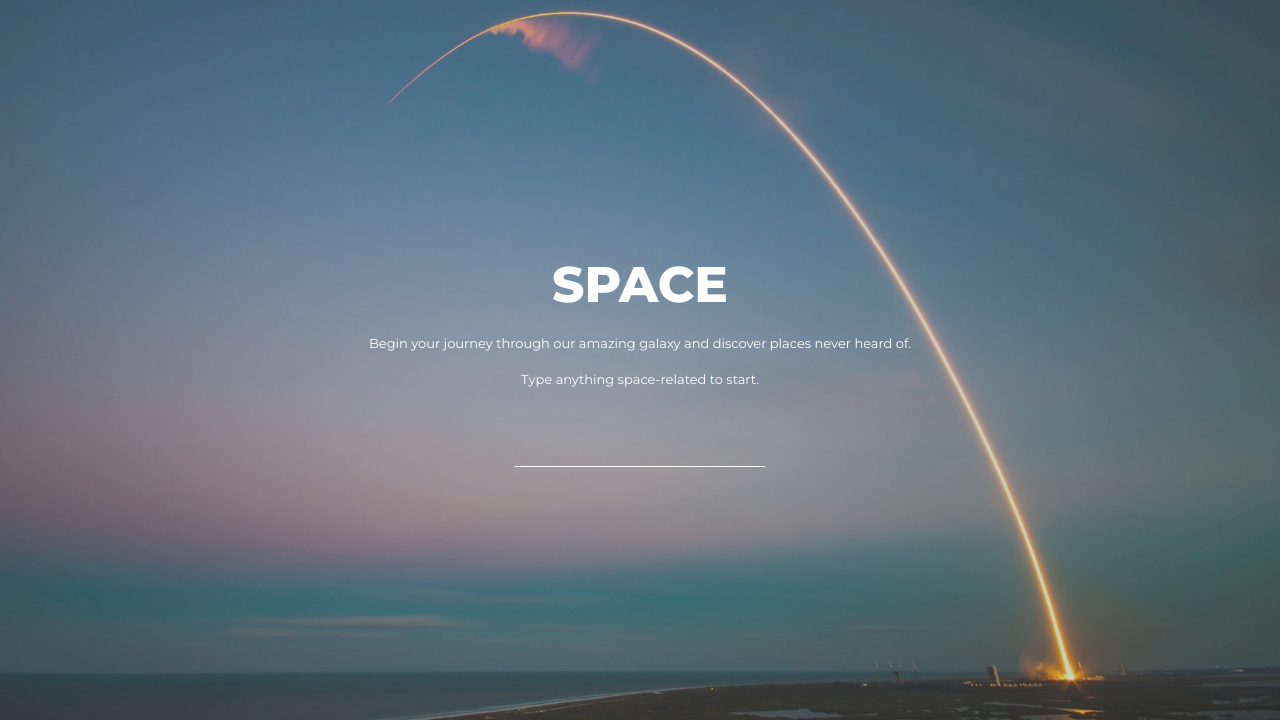
Repository: pmor80/spacer
Page: /
These files come from the project's save history. The page is drawn as it stood at one moment and after a run of saves; the edit follows.
The browser window is 1280 px wide. The pictures show the whole page.
The first visible `input` has the focus.
The project was rebuilt for these pictures with package versions that can differ from the ones it lists, and the page was loaded fresh each time.

Above is the page before, as saved 2019-07-02 16:03:07.

### public/index.html
<!DOCTYPE html>
<html lang="en">
  <head>
    <meta charset="utf-8">
    <meta http-equiv="X-UA-Compatible" content="IE=edge">
    <meta name="viewport" content="width=device-width,initial-scale=1.0">
    <link rel="icon" href="<%= BASE_URL %>favicon.ico">
    <title>spacer</title>
  </head>
  <body>
    <noscript>
      <strong>We're sorry but spacer doesn't work properly without JavaScript enabled. Please enable it to continue.</strong>
    </noscript>
    <div id="app"></div>
    <!-- built files will be auto injected -->
  </body>
</html>

### src/main.js
import Vue from 'vue';
import App from './App.vue';

Vue.config.productionTip = false;

new Vue({
  render: h => h(App),
}).$mount('#app');

### src/App.vue
<template>
  <div class="wrapper">
    <HeroImage />
    <Claim />
    <SearchInput />
  </div>
</template>

<script>
import axios from "axios";
import debounce from "lodash.debounce";
import Claim from "@/components/Claim.vue";
import SearchInput from "@/components/SearchInput.vue";
import HeroImage from "@/components/HeroImage.vue";

const API = "https://images-api.nasa.gov/search";

export default {
  name: "App",
  components: {
    HeroImage,
    Claim,
    SearchInput
  },
  data() {
    return {
      searchValue: "",
      results: []
    };
  },
  methods: {
    handleInput: debounce(function() {
      axios
        .get(`${API}?q=${this.searchValue}&media_type=image`)
        .then(response => {
          this.results = response.data.collection.items;
        })
        .catch(err => {
          console.log(err);
        });
    }, 500)
  }
};
</script>

<style lang="scss">
@import url("https://fonts.googleapis.com/css?family=Montserrat:300,400,600,800");

* {
  box-sizing: border-box;
}

body {
  font-family: "Montserrat", sans-serif;
  margin: 0;
  padding: 0;
}

.wrapper {
  margin: 0;
  padding: 30px;
  width: 100%;
  min-height: 100vh;
  display: flex;
  flex-direction: column;
  align-items: center;
  justify-content: center;
}
</style>

### src/components/Claim.vue
<template>
  <div class="claimWrapper">
    <h1 class="claim">SPACE</h1>
    <p
      class="subclaim"
    >Begin your journey through our amazing galaxy and discover places never heard of.</p>
    <p class="subclaim">Type anything space-related to start.</p>
  </div>
</template>

<script>
export default {
  name: "Claim"
};
</script>

<style lang="scss" scoped>
.claimWrapper {
  display: flex;
  flex-direction: column;
  justify-content: center;
  align-items: center;
  text-align: center;
  color: #fff;
}
.claim {
  font-size: 50px;
  margin: 0;
}

.subclaim {
  margin: 20px 0 0 0;
  font-size: 13px;
}
</style>

### src/components/SearchInput.vue
<template>
  <div class="searchWrapper">
    <input id="search" name="search" v-model="searchValue" @input="handleInput" />
  </div>
</template>

<script>
export default {
  name: "SearchInput"
};
</script>

<style lang="scss" scoped>
.searchWrapper {
  margin: 50px 0 0 0;
  display: flex;
  flex-direction: column;
  width: 250px;

  input {
    height: 30px;
    border: 0;
    background: none;
    border-bottom: 1px solid #fff;
  }
  input:focus {
    outline: none;
  }
}
</style>

### src/components/HeroImage.vue
<template>
  <div class="heroImage"></div>
</template>

<script>
export default {
  name: "HeroImage"
};
</script>

<style lang="scss" scoped>
.heroImage {
  width: 100%;
  height: 100vh;
  position: fixed;
  top: 0;
  z-index: -1;
  justify-content: center;
  background-image: url("../assets/heroimage.jpg");
  background-repeat: no-repeat;
  background-size: cover;
  background-position: 80% 0%;
}
.heroImage::after {
  content: "";
  background: rgba(0, 0, 0, 0.2);
  position: absolute;
  top: 0;
  left: 0;
  z-index: 1;
  width: 100%;
  height: 100vh;
}
</style>

After the next 2 saves:
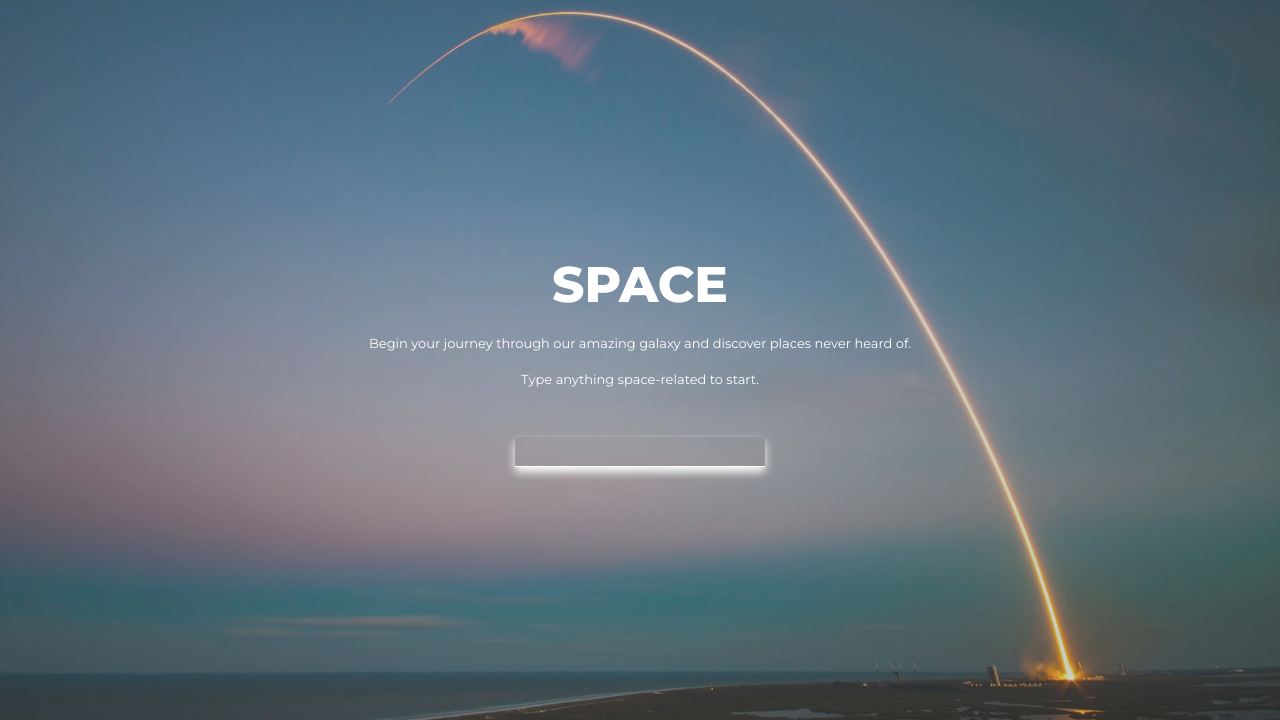
The 2 saves are shown as one change because 1 did not build or start.
The last was saved 61 s later.
--- a/src/components/SearchInput.vue
+++ b/src/components/SearchInput.vue
@@ -25,6 +25,7 @@
   }
   input:focus {
     outline: none;
+    box-shadow: 0 5px 10px white;
   }
 }
 </style>

After the save that followed:
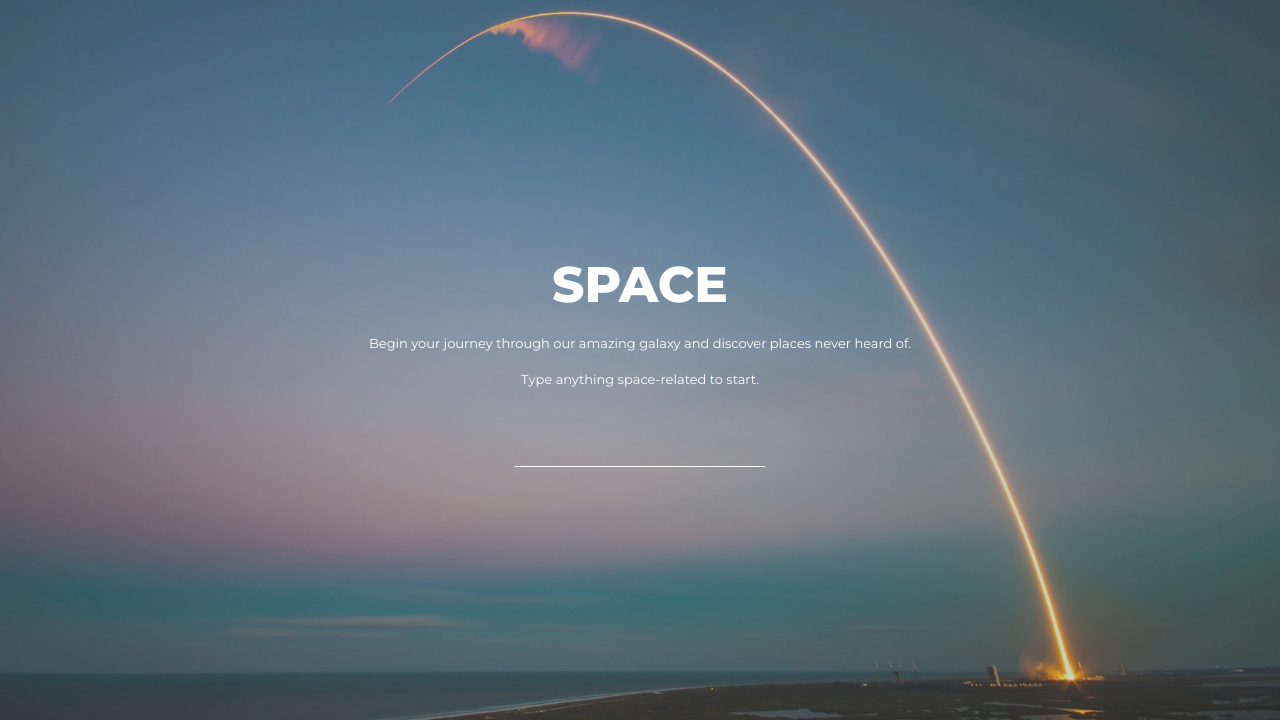
Saved 21 s later.
--- a/src/components/SearchInput.vue
+++ b/src/components/SearchInput.vue
@@ -25,7 +25,7 @@
   }
   input:focus {
     outline: none;
-    box-shadow: 0 5px 10px white;
+    box-shadow: 0 5px 10px -20px white;
   }
 }
 </style>
